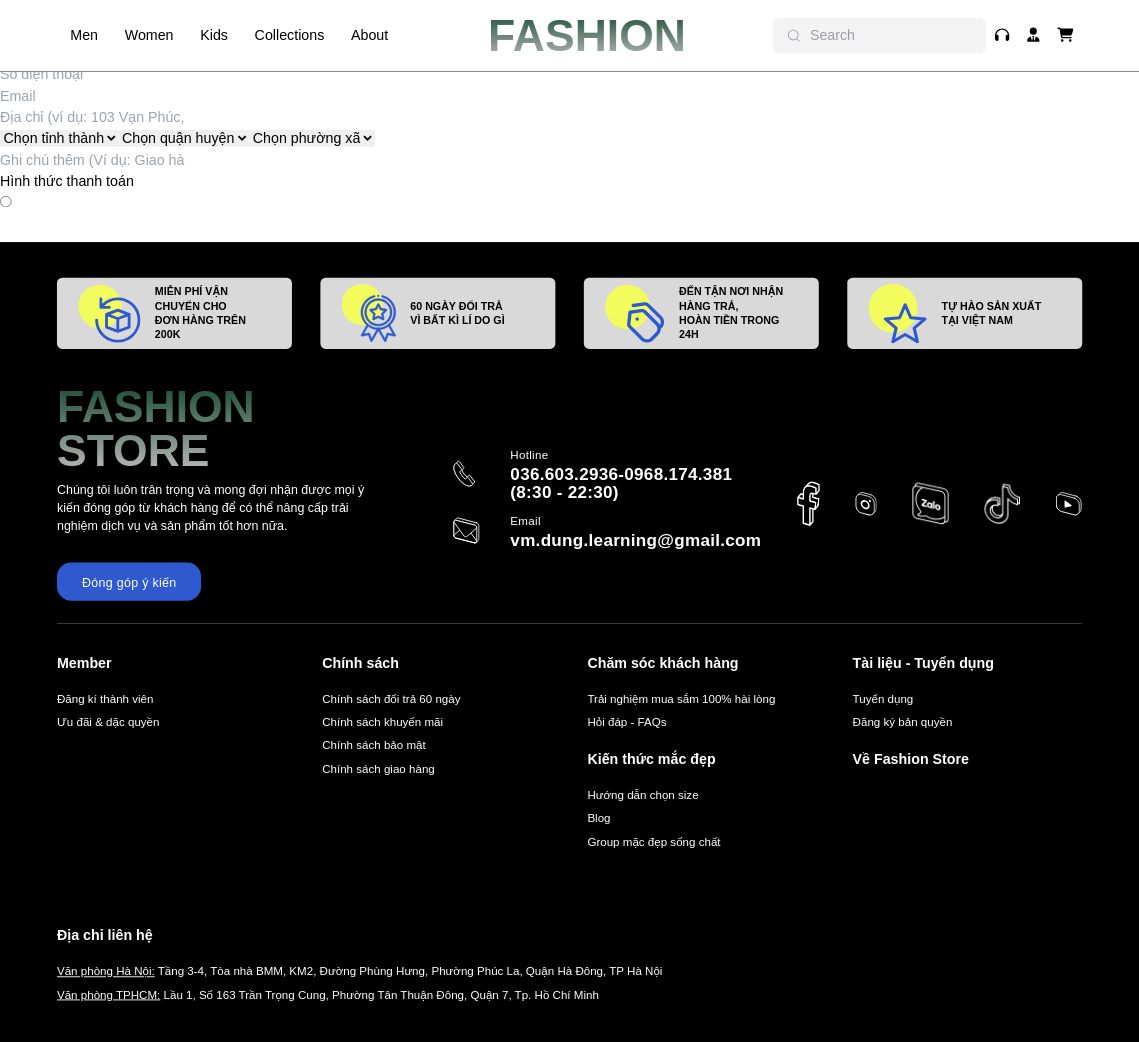
Repository: VuSnow/Software_Engineering
Page: /CartPayment
The author's editor kept a copy of each file at every save. The page is drawn from the files as they stood at one save, then again after the next save.
The browser window is 1280 px wide. The pictures show the whole page, at 89% of full size.
The page's requests for data from a server got no answer. The project was rebuilt for these pictures with package versions that can differ from the ones it lists, and the page was loaded fresh each time. The framework's server and built-in components were replaced by stand-ins that run in the browser. No one was signed in, and anything a server would have sent is missing. Also part of the build but not shown: next.config.js, src/components/cart/CartItem/CartItem.tsx, src/components/cart/Cart.tsx, src/app/Login/page.tsx, src/app/register/page.tsx, src/app/forgorPassword/page.tsx.

Above is the page before, as saved 2023-06-27 13:35:32.

After the next save:
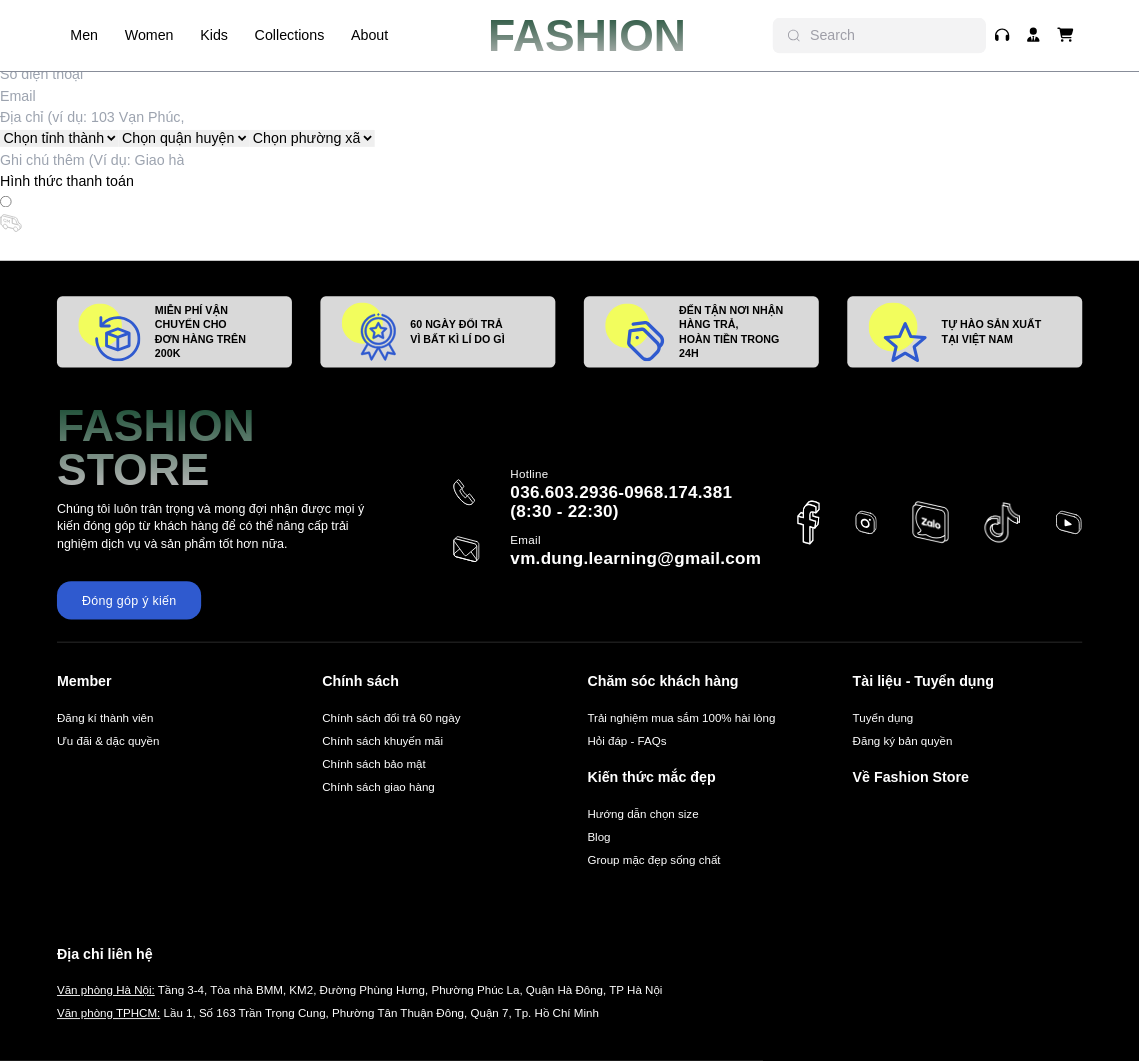
Saved 14 s later.
--- a/src/app/CartPayment/page.tsx
+++ b/src/app/CartPayment/page.tsx
@@ -175,7 +175,7 @@
                       />
                     </span>
                     <span>
-                      <Image />
+                      <Image src={COD} alt="COD method" />
                     </span>
                     <span></span>
                   </label>
